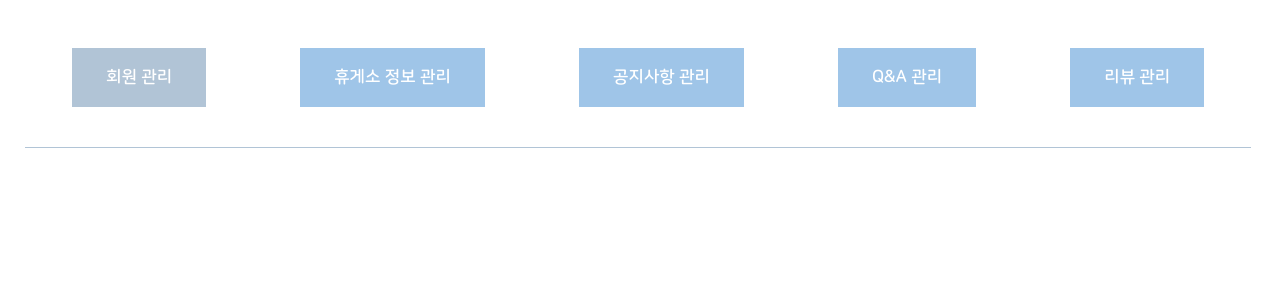
Repository: kimyerim-o/hyusikpro
Page: http://localhost/prac1/admin/admin.jsp
The author's editor kept a copy of each file at every save. The page is drawn from the files as they stood at one save, then again after the next save.
The browser window is 1280 px wide. The pictures show the whole page.
Some web libraries are served in a nearby version. The page is served by Tomcat 9. Nobody is signed in. The application's start-up code is not run.

Above is the page before, as saved 2020-05-14 05:00:26.

After the next save:
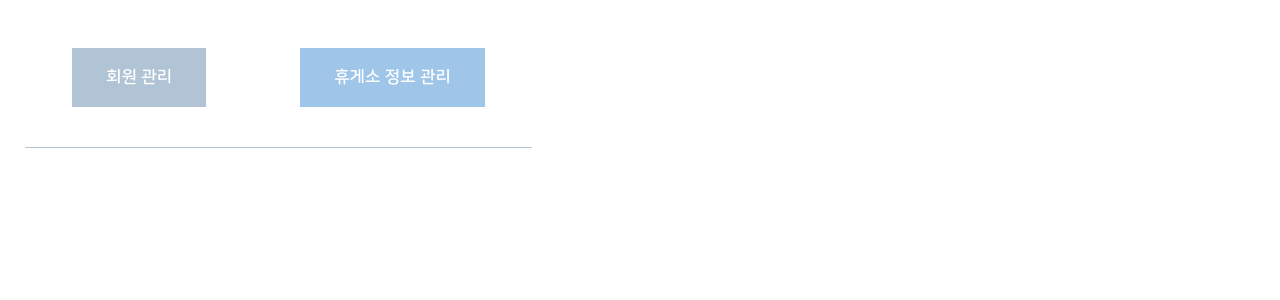
Saved 2 min 19 s later.
--- a/hyusik/prac1/WebContent/admin/admin.jsp
+++ b/hyusik/prac1/WebContent/admin/admin.jsp
@@ -20,11 +20,13 @@
 <main>
 <div class="cont">
 	<ul class="tab">
-		<li class="current" data-tab="tab1"><a href="admin_member.go">회원 관리</a></li>
+<!-- 		<li class="current" data-tab="tab1"><a href="admin_member.go">회원 관리</a></li>
 		<li data-tab="tab2"><a href="admin_info.go">휴게소 정보 관리</a></li>
 		<li data-tab="tab3"><a href="admin_notice.go">공지사항 관리</a></li>
 		<li data-tab="tab4"><a href="admin_qna.go">Q&A 관리</a></li>
-		<li data-tab="tab5"><a href="admin_review.go">리뷰 관리</a></li>
+		<li data-tab="tab5"><a href="admin_review.go">리뷰 관리</a></li> -->
+		<li class="current" data-tab="tab1"><a href="admin_member.go">회원 관리</a></li>
+		<li data-tab="tab2"><a href="admin_info.go">휴게소 정보 관리</a></li>
 	</ul>
 
 	<div id="tab1" class="tabcontent current">
